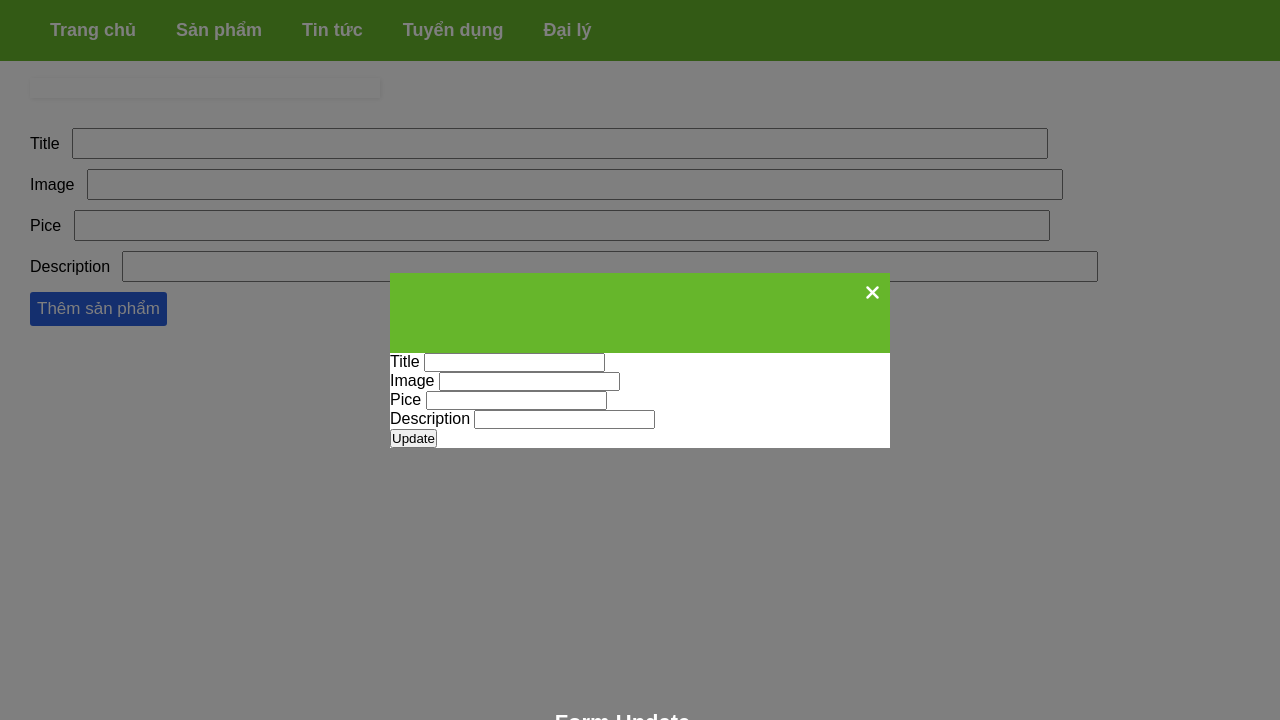
Repository: Ngoc28/CURD_HTML-CSS_JS_JSON
Page: index.html
These files come from the project's save history. The page is drawn as it stood at one moment and after the next save; the edit follows.
The browser window is 1280 px wide. The pictures show the whole page.
The page's requests for data from a server got no answer.

Above is the page before, as saved 2023-04-11 09:48:17.

After the next save:
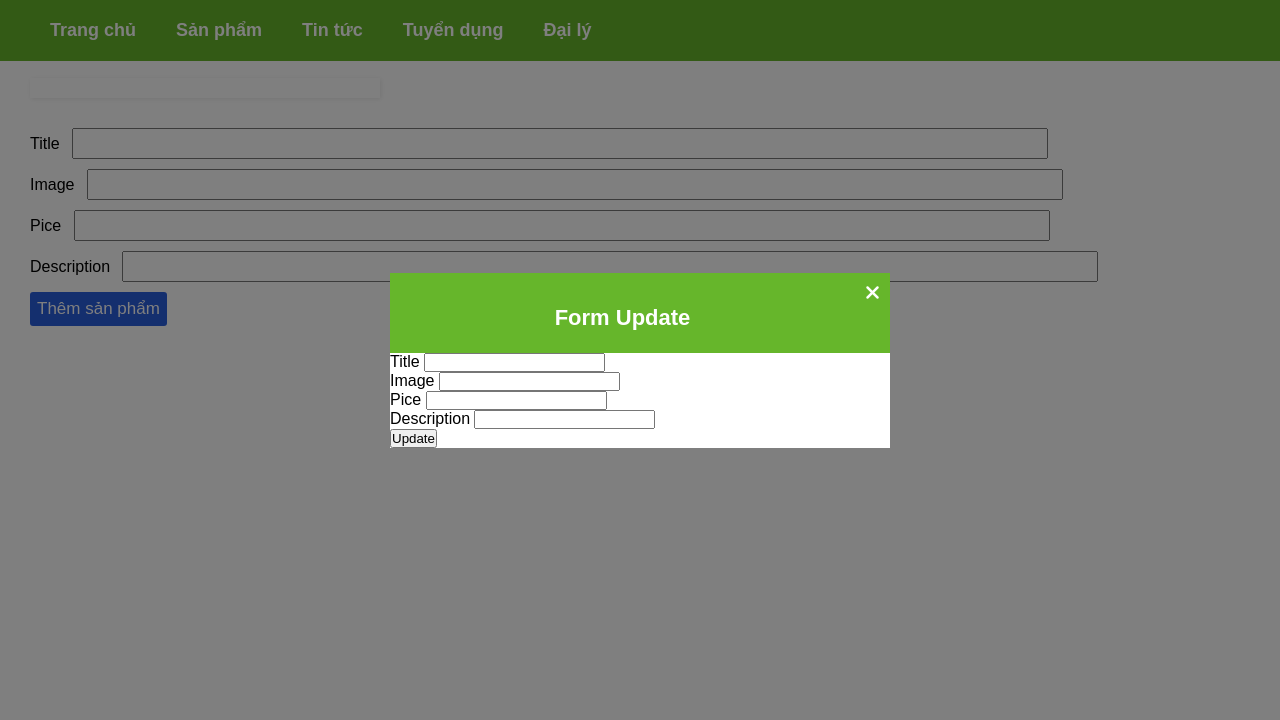
Saved 6 s later.
--- a/asset/css/style.css
+++ b/asset/css/style.css
@@ -196,7 +196,7 @@ body {
 }
 
 .modal h1 {
-    line-height: 900px;
+    line-height: 90px;
     text-align: center;
     font-size: 22px;
 }
